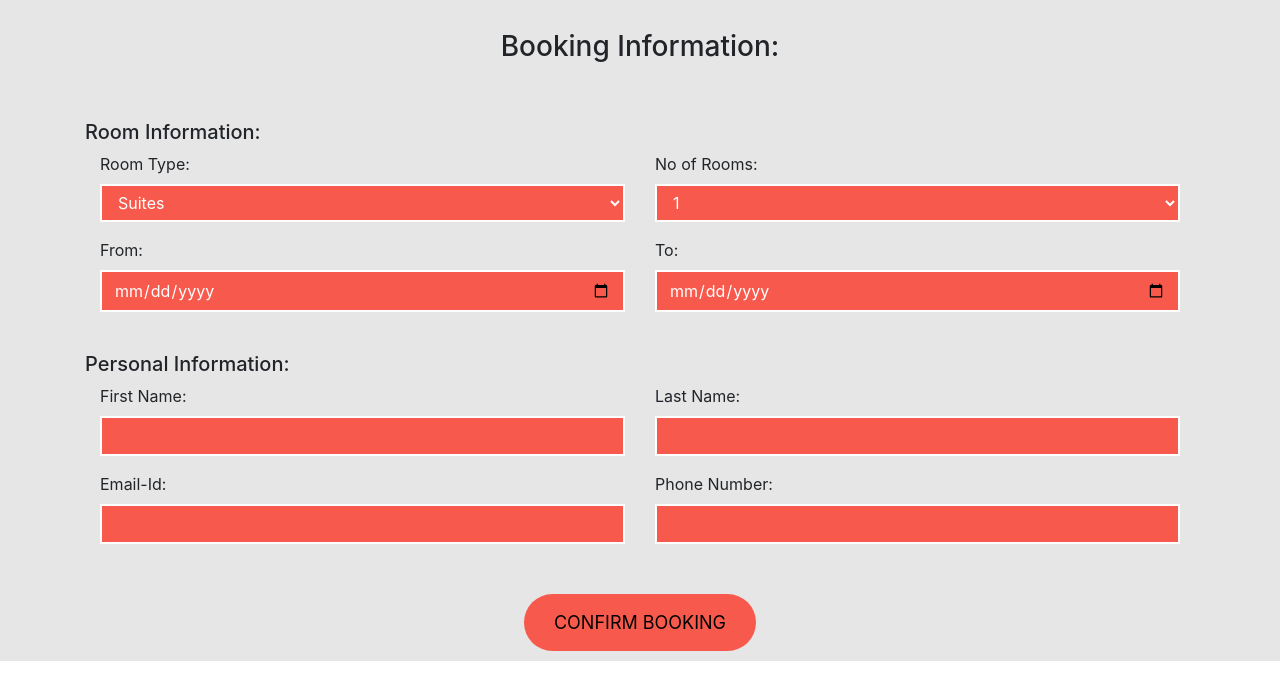
Repository: kapsky5/HotelManagement
Page: booking.html
These files come from the project's save history. The page is drawn as it stood at one moment and after the next save; the edit follows.
The browser window is 1280 px wide. The pictures show the whole page.

Above is the page before, as saved 2019-11-07 03:51:17.

After the next save:
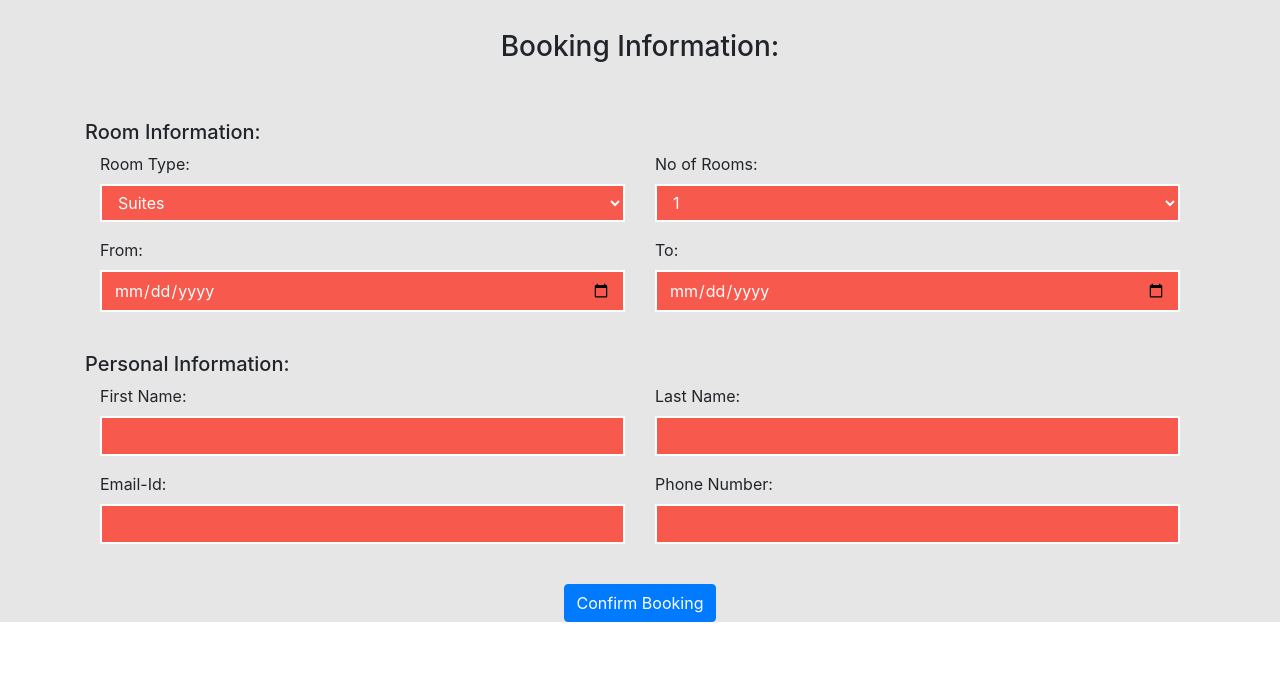
Saved 25 s later.
--- a/booking.html
+++ b/booking.html
@@ -85,8 +85,8 @@
                     </div>
                 </div>
                 <br>
-                <div class="text-center result">
-                    <button class="btn btn-default" type="submit">Confirm Booking</button>
+                <div class="text-center">
+                    <button class="btn btn-primary" type="submit">Confirm Booking</button>
                 </div>
             </form>
         </div>
